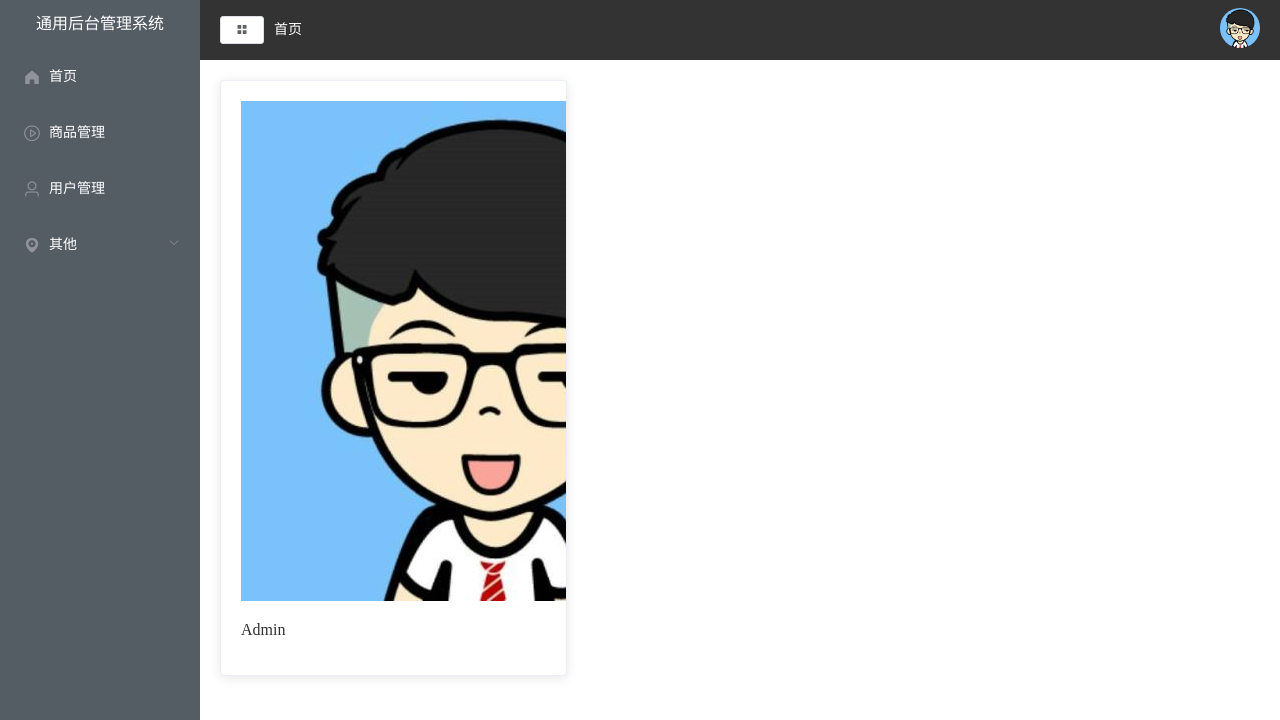
Repository: Francis200214/my-app
Page: /
These files come from the project's save history. The page is drawn as it stood at one moment and after the next save; the edit follows.
The browser window is 1280 px wide. The pictures show the whole page.
The project was rebuilt for these pictures with package versions that can differ from the ones it lists, and the page was loaded fresh each time. Also part of the build but not shown: vue.config.js, src/views/User.vue, src/views/Mall.vue, src/views/other/PageOne.vue, src/views/other/PageTwo.vue.

Above is the page before, as saved 2023-05-21 15:30:33.

After the next save:
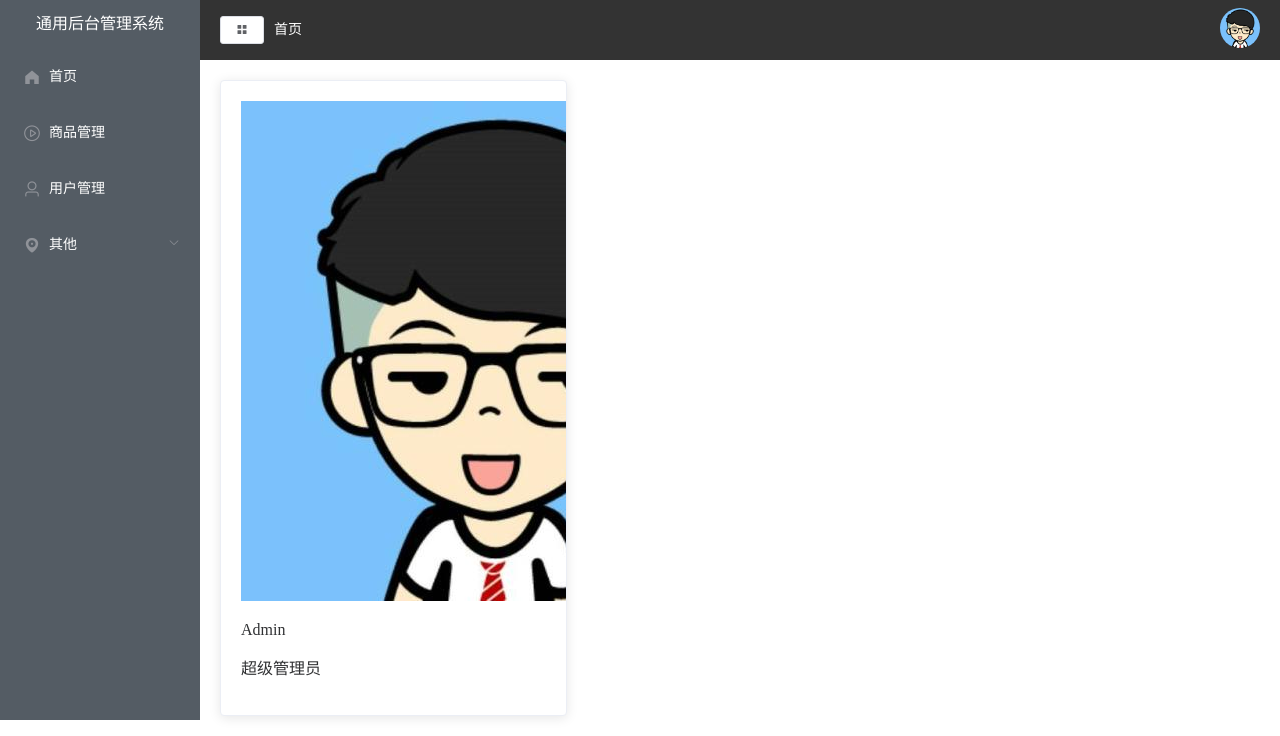
Saved 5 s later.
--- a/src/views/Home.vue
+++ b/src/views/Home.vue
@@ -6,7 +6,7 @@
                     <img src="../assets/images/user.png" alt="">
                     <div class="userinfo">
                         <p>Admin</p>
-
+                        <p>超级管理员</p>
                     </div>
                 </div>
                 <div class="login"></div>
